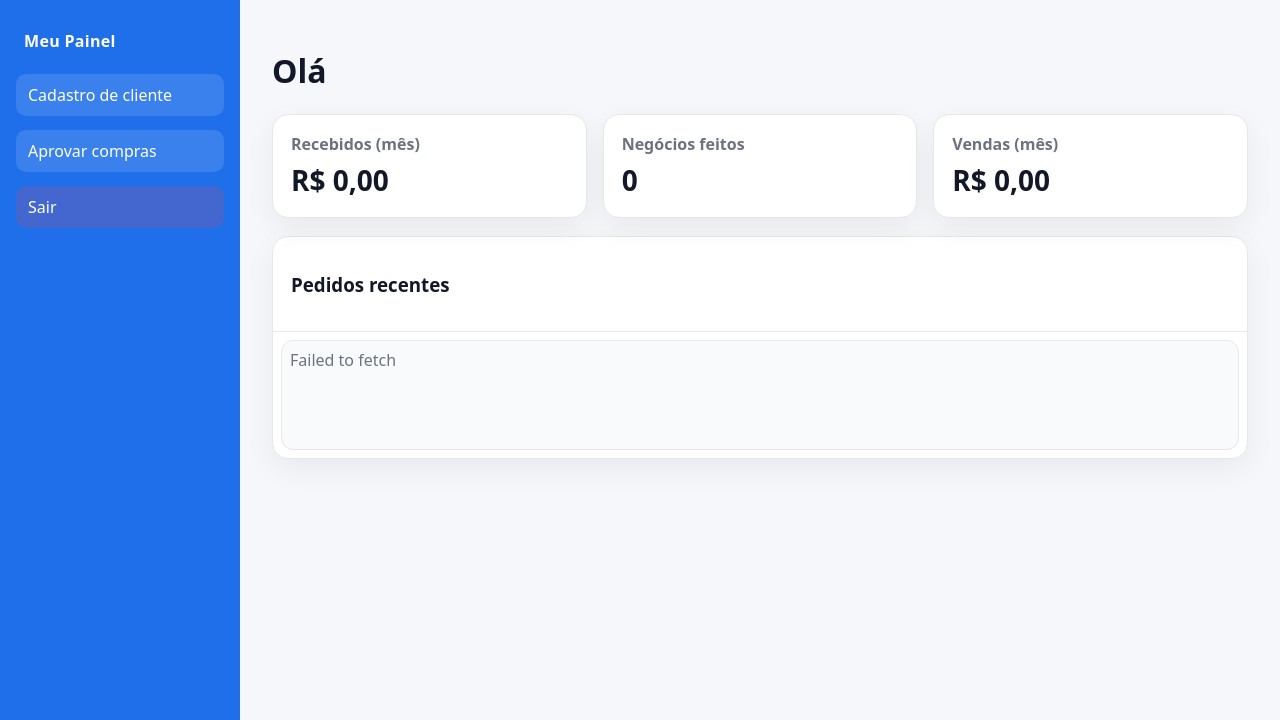
Repository: Rob-son-prog/NegocioSistema
Page: dashboard.html
An editor plug-in stored every save of this project. The page is shown before and after the next save, followed by the edit.
The browser window is 1280 px wide. The pictures show the whole page.
The page's requests for data from a server got no answer.

Above is the page before, as saved 2025-08-30 15:15:21.

### dashboard.html
<!doctype html>
<html lang="pt">
<head>
  <meta charset="utf-8" />
  <title>Painel</title>
  <link rel="stylesheet" href="style.css?v=3">
</head>
<body class="dashboard">
  <div class="layout">
    <!-- SIDEBAR -->
    <aside class="sidebar">
      <div class="brand">Meu Painel</div>
      <nav class="menu">
        <a href="cadastro.html" class="item"><span>Cadastro de cliente</span></a>
        <a href="aprovacoes.html" class="item"><span>Aprovar compras</span></a>
        <a href="index.html" class="item danger" id="logout"><span>Sair</span></a>
      </nav>
    </aside>

    <!-- CONTEÚDO -->
    <main class="content">
      <header class="topbar">
        <div class="hello">
          <h1 id="hello">Olá</h1>
          <p id="email" class="muted"></p>
        </div>
      </header>

      <!-- CARDS DE MÉTRICAS -->
      <section class="cards">
        <div class="card">
          <div class="card-title">Recebidos (mês)</div>
          <div id="kpi-recebidos" class="card-value">R$ 0,00</div>
        </div>
        <div class="card">
          <div class="card-title">Negócios feitos</div>
          <div id="kpi-negocios" class="card-value">0</div>
        </div>
        <div class="card">
          <div class="card-title">Vendas (mês)</div>
          <div id="kpi-vendas" class="card-value">R$ 0,00</div>
        </div>
      </section>

      <!-- PEDIDOS RECENTES (lista compacta, 1 por linha) -->
      <section class="panel">
        <div class="panel-header">
          <h3>Pedidos recentes</h3>
        </div>
        <div class="panel-body">
          <!-- *** importante: id e classes batendo com o seu CSS *** -->
          <div id="ordersRow" class="orders-row">
            <div class="muted">Carregando…</div>
          </div>
        </div>
      </section>
    </main>
  </div>

  <script src="dashboard.js"></script>
</body>
</html>

### dashboard.js
// dashboard.js - compatível com seu style.css (layout fino + botões pequenos)
const API = 'http://127.0.0.1:4000';
const $ = (s) => document.querySelector(s);
const listEl = $('#ordersRow');

const brl = (v) =>
  (Number(v || 0)).toLocaleString('pt-BR', { style: 'currency', currency: 'BRL' });

const fdate = (iso) => {
  if (!iso) return '—';
  const d = new Date((iso + 'T00:00:00').replace('T00:00:00T', 'T00:00:00'));
  return d.toLocaleDateString('pt-BR', { timeZone: 'UTC' });
};

async function fetchJSON(url, opts = {}) {
  const r = await fetch(url, opts);
  const data = await r.json().catch(() => ({}));
  if (!r.ok) throw new Error(data?.error || 'Erro de requisição');
  return data;
}

// um cartão, fino, usando .order-card e demais classes do seu CSS
function rowTemplate(c) {
  const total = brl(c.total || 0);
  const dt = fdate((c.created_at || '').slice(0, 10));
  const tipo = (c.tipo || 'negocio').toLowerCase(); // negocio | venda
  const tipoClass = tipo === 'venda' ? 'venda' : 'negocio';
  const tipoLabel = tipo === 'venda' ? 'Venda' : 'Negócio';

  return `
    <div class="order-card">
      <div class="order-left">
        <span class="order-name">${c.customer_name || 'Cliente'}</span>
        <span class="badge ${tipoClass}">${tipoLabel}</span>
        <span class="order-meta">${dt}</span>
      </div>
      <div class="order-valor">${total}</div>
      <div class="order-actions">
        <button class="btn sm" data-portal="${c.customer_id}">Portal</button>
        <button class="btn sm primary" data-edit="${c.customer_id}">Editar</button>
        <button class="btn sm danger" data-del="${c.id}">Excluir</button>
      </div>
    </div>
  `;
}

async function load() {
  try {
    const items = await fetchJSON(`${API}/api/contracts/recent?limit=50`);
    if (!items?.length) {
      listEl.innerHTML = `<div class="muted">Nenhum pedido ainda…</div>`;
      return;
    }
    listEl.innerHTML = items.map(rowTemplate).join('');
  } catch (e) {
    console.error(e);
    listEl.innerHTML = `<div class="muted">${e.message}</div>`;
  }
}

// ações: abrir portal (modo admin), editar (mesmo portal), excluir contrato
document.addEventListener('click', async (e) => {
  const t = e.target;
  if (!(t instanceof HTMLElement)) return;

  const portalId = t.dataset.portal;
  const editId = t.dataset.edit;
  const delId = t.dataset.del;

  if (portalId) {
    location.href = `portal.html?id=${portalId}`;
    return;
  }
  if (editId) {
    location.href = `portal.html?id=${editId}`;
    return;
  }
  if (delId) {
    const ok = confirm('Excluir ESTE contrato e TODAS as parcelas?');
    if (!ok) return;
    try {
      await fetchJSON(`${API}/api/contracts/${delId}`, { method: 'DELETE' });
      await load();
    } catch (err) {
      alert(err.message || 'Falha ao excluir.');
    }
  }
});

document.addEventListener('DOMContentLoaded', load);

Loaded but not shown: style.css (731 lines, source omitted)

After the next save:
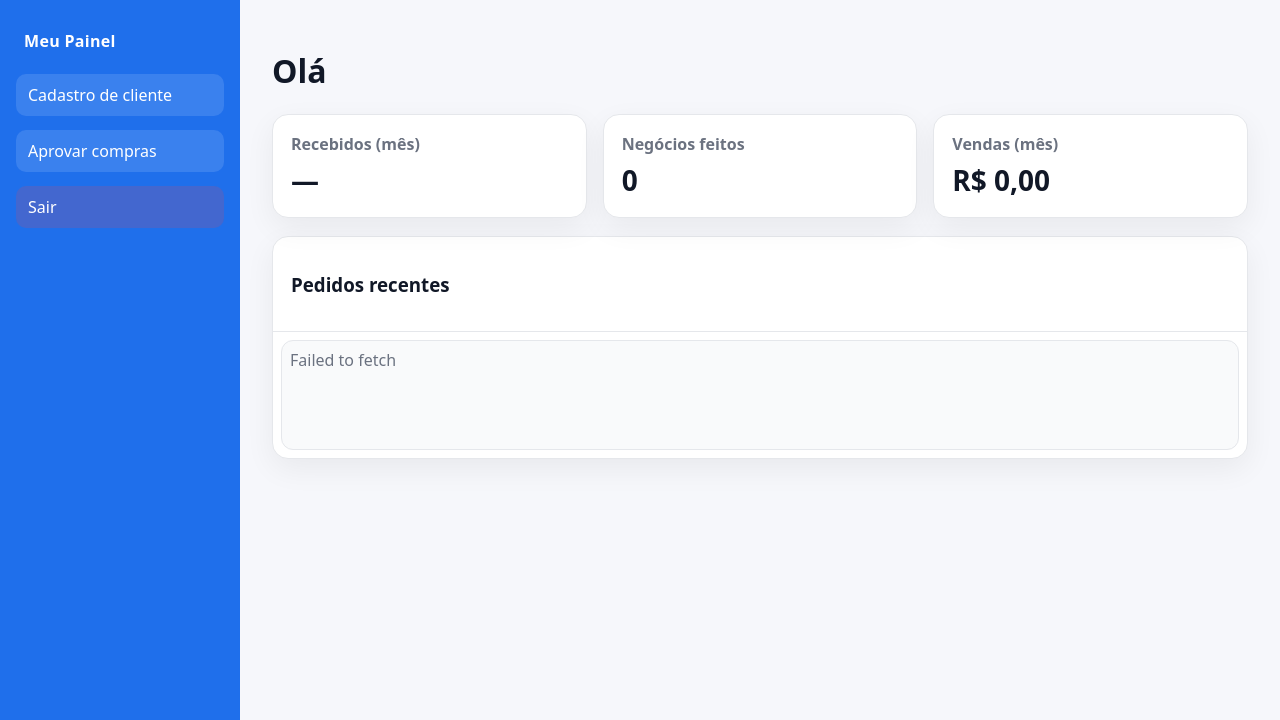
Saved 3 min 33 s later.
--- a/dashboard.js
+++ b/dashboard.js
@@ -1,7 +1,9 @@
 // dashboard.js - compatível com seu style.css (layout fino + botões pequenos)
 const API = 'http://127.0.0.1:4000';
 const $ = (s) => document.querySelector(s);
+
 const listEl = $('#ordersRow');
+const elKpiRecebidos = $('#kpi-recebidos');
 
 const brl = (v) =>
   (Number(v || 0)).toLocaleString('pt-BR', { style: 'currency', currency: 'BRL' });
@@ -17,6 +19,18 @@ async function fetchJSON(url, opts = {}) {
   const data = await r.json().catch(() => ({}));
   if (!r.ok) throw new Error(data?.error || 'Erro de requisição');
   return data;
+}
+
+// === KPI: Recebidos (mês) ===
+async function loadKpis() {
+  try {
+    // mês corrente (a API aceita ?year=YYYY&month=MM, se quiser filtrar outro mês)
+    const k = await fetchJSON(`${API}/api/kpis/monthly`);
+    if (elKpiRecebidos) elKpiRecebidos.textContent = brl(k.received_total || 0);
+  } catch (e) {
+    console.error('KPI error', e);
+    if (elKpiRecebidos) elKpiRecebidos.textContent = '—';
+  }
 }
 
 // um cartão, fino, usando .order-card e demais classes do seu CSS
@@ -44,7 +58,7 @@ function rowTemplate(c) {
   `;
 }
 
-async function load() {
+async function loadOrders() {
   try {
     const items = await fetchJSON(`${API}/api/contracts/recent?limit=50`);
     if (!items?.length) {
@@ -56,6 +70,11 @@ async function load() {
     console.error(e);
     listEl.innerHTML = `<div class="muted">${e.message}</div>`;
   }
+}
+
+async function boot() {
+  await loadKpis();
+  await loadOrders();
 }
 
 // ações: abrir portal (modo admin), editar (mesmo portal), excluir contrato
@@ -80,11 +99,12 @@ document.addEventListener('click', async (e) => {
     if (!ok) return;
     try {
       await fetchJSON(`${API}/api/contracts/${delId}`, { method: 'DELETE' });
-      await load();
+      await loadOrders();
+      await loadKpis(); // se apagar contrato com parcelas pagas, atualiza o KPI
     } catch (err) {
       alert(err.message || 'Falha ao excluir.');
     }
   }
 });
 
-document.addEventListener('DOMContentLoaded', load);
+document.addEventListener('DOMContentLoaded', boot);
